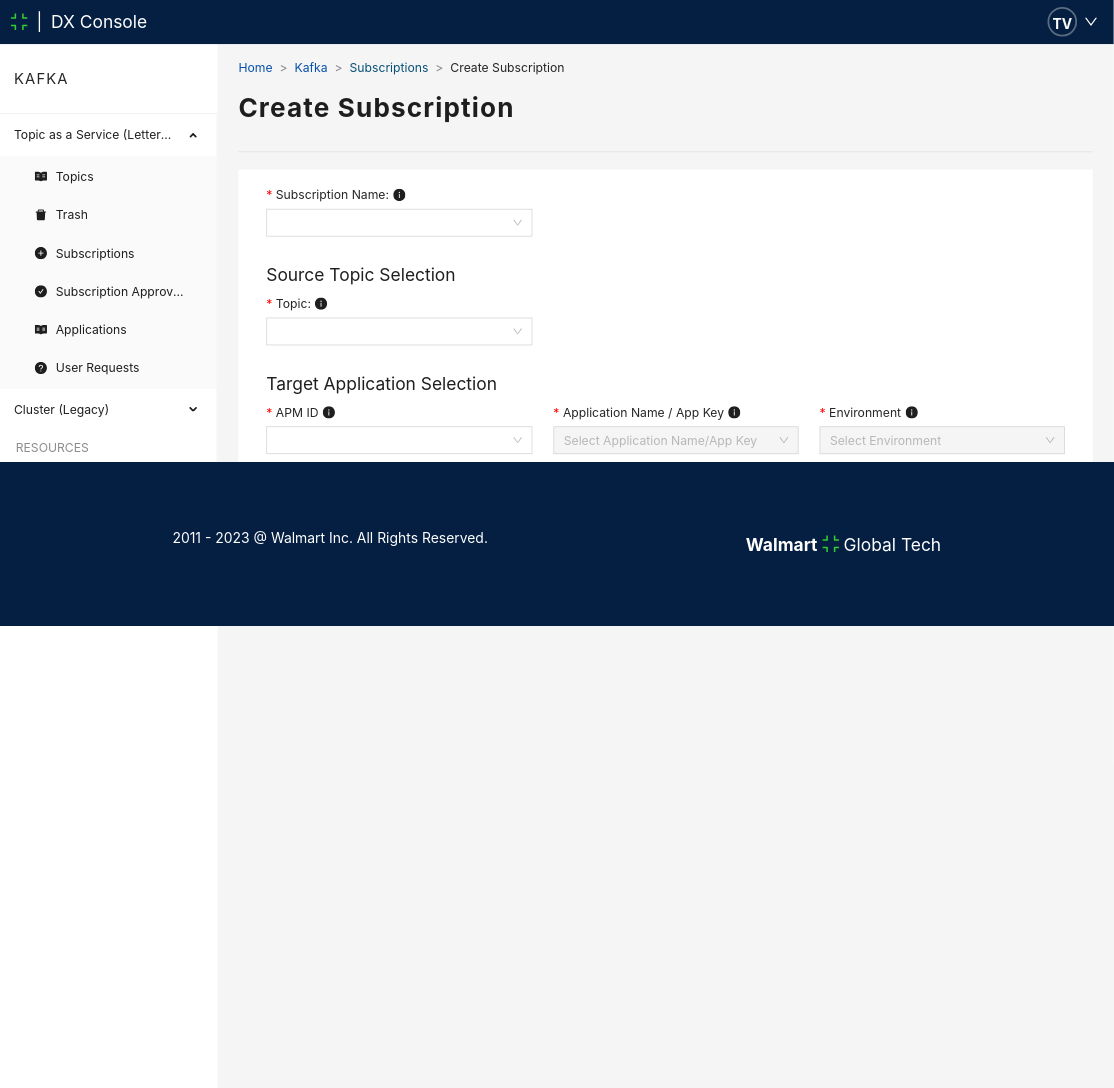
Repository: Qianying-Chai/kafka
Page: /kafka/subscriptions_active_tab=proxy/create
The author's editor kept a copy of each file at every save. The page is drawn from the files as they stood at one save, then again after the next save.
The browser window is 1280 px wide. The pictures show the whole page, at 87% of full size.
The project was rebuilt for these pictures with package versions that can differ from the ones it lists, and the page was loaded fresh each time. Also part of the build but not shown: src/pages/Components/ComponentsTable.jsx, src/pages/Components/ComponentsInput.jsx, src/pages/Components/ComponentsPagination.jsx, src/pages/Taas/Topics/Topics.jsx, src/pages/Taas/Topics/CreateTopics/Form/DetailsForm.jsx, src/pages/Taas/Topics/CreateTopics/CreateTopic.jsx, src/pages/Taas/Trash/Style/Trash.css, src/pages/Taas/Trash/Trash.jsx and 15 more.

Above is the page before, as saved 2024-01-15 22:05:30.

### src/redux/store.jsx
import { configureStore } from "@reduxjs/toolkit";
import reducer from "./reducer";
const store = configureStore({ reducer: reducer });
export default store;

### src/pages/common/Header.jsx
import React from "react";
import "./Style/Header.css";
import { CompressOutlined, UpOutlined, DownOutlined } from "@ant-design/icons";
import { Layout } from "antd";
import { useState } from "react";
const Header = () => {
  const [login, setLogin] = useState(true);

  return (
    <Layout>
      <Layout.Header className="header">
        <div className="header-content-left">
          <CompressOutlined className="header-left-icon" />
          <span className="header-left-divider">|</span>
          <span className="header-left-dx-console">DX Console </span>
        </div>
        <div className="header-content-right">
          <div className="user">
            <div className="user-icon">TV</div>
            {login ? (
              <DownOutlined
                className="login-button"
                onClick={() => {
                  setLogin((state) => !state);
                }}
              />
            ) : (
              <UpOutlined
                className="logout-button"
                onClick={() => {
                  setLogin((state) => !state);
                }}
              />
            )}
          </div>
          <div
            className="logout-pop-up"
            style={{
              display: login ? "none" : "block",
            }}
          >
            LOGOUT
          </div>
        </div>
      </Layout.Header>
    </Layout>
  );
};
export default Header;

### src/pages/common/categoryConstants.jsx
const categoryConstants = {
  TOPICS: "Topics",
  TRASH: "Trash",
  SUBSCRIPTIONS: "Subscriptions",
  SUBSCRIPTIONS_APPROVALS: "Subscription Approvals",
  APPLICATIONS: "Applications",
  USER_REQUESTS: "User Requests",
  CLUSTERS: "Clusters",
  MIGRATED_CLUSTERS: "Migrated Clusters",
  SUBSCRIPTION: "Subscription",
  USERE_REQUESTS_LEGACY: "User Requests (Legacy)",
  SUPPORT: "Support",
  CREATE_TOPIC: "Create Topic",
  CREATE_SUBSCRIPTION: "Create Subscription",
};

export default categoryConstants;

### src/pages/Taas/Subscriptions/SubscriptionsProxy/CreateSubscriptions/CreateSubscriptionsProxy.jsx
import React from "react";
import ComponentsContent from "../../../../Components/ComponentsContent";
import categoryConstants from "../../../../common/categoryConstants";
import ComponentsBreadcrumb from "../../../../Components/ComponentsBreadcrumb";
import ComponentsDivider from "../../../../Components/ComponentsDivider";
import ComponentsTitle from "../../../../Components/ComponentsTitle";
import SubscriptionName from "./Form/SubscriptionName";
import SourceTopicSelection from "./Form/SourceTopicSelection";
import TargetApplicationSelection from "./Form/TargetApplicationSelection";
import { Button, ConfigProvider, Divider } from "antd";
const CreateSubscriptionsProxy = () => {
  return (
    <ConfigProvider
      theme={{
        token: {
          borderRadius: 0,
        },
      }}
    >
      <div>
        <ComponentsBreadcrumb
          items={[
            {
              title: "Home",
            },
            {
              title: "Kafka",
            },
            {
              title: categoryConstants.SUBSCRIPTIONS,
              href: `/kafka/${categoryConstants.SUBSCRIPTIONS.toLowerCase()}_active_tab=nonProxy`,
            },
            {
              title: categoryConstants.CREATE_SUBSCRIPTION,
            },
          ]}
        />
        <div className="content-banner">
          <ComponentsTitle title={categoryConstants.CREATE_SUBSCRIPTION} />
        </div>
      </div>
      <ComponentsContent>
        <SubscriptionName />
        <SourceTopicSelection />

        <TargetApplicationSelection />
        <Divider />
        <ComponentsDivider />
        <div className="buttons-wrapper">
          <Button shape="round" size={"medium"} className="cancel-button">
            CANCEL
          </Button>
          <Button
            shape="round"
            size={"medium"}
            disabled
            className="submit-button"
          >
            SUBMIT
          </Button>
        </div>
      </ComponentsContent>
    </ConfigProvider>
  );
};
export default CreateSubscriptionsProxy;

### src/pages/common/Footer.jsx
import React from "react";
import { Layout } from "antd";
import { CompressOutlined } from "@ant-design/icons";
import "./Style/Footer.css";

const Footer = () => {
  return (
    <Layout.Footer className="footer">
      <div className="footer-text-left">
        2011 - 2023 @ Walmart Inc. All Rights Reserved.
      </div>
      <div className="footer-text-right">
        <span className="footer-text-right-walmart">Walmart</span>
        <CompressOutlined className="footer-icon" />
        <span className="footer-text-right-global-tech">Global Tech</span>
      </div>
    </Layout.Footer>
  );
};

export default Footer;

### src/redux/reducer.jsx
import { SET_PATH_NAME, SET_SELECTED_TAAS_SUBSCRIPTIONS } from "./constants";
const initialState = {
  pathName: "",
  selectedTaasSubscriptions: "nonProxy",
};
const reducer = (state = initialState, action) => {
  const { type, payload } = action;
  switch (type) {
    case SET_PATH_NAME:
      return { ...state, pathName: payload };
    case SET_SELECTED_TAAS_SUBSCRIPTIONS:
      return { ...state, selectedTaasSubscriptions: payload };
    default:
      return state;
  }
};

export default reducer;

### src/pages/common/Style/Header.css
.header {
  justify-content: space-between;
  padding: 0 12px;
  background-color: rgb(4, 31, 65);
  height: 51px;
  line-height: 51px;
  color: #ffffff;
}

.header,
.user {
  display: flex;
}

.header-content-left {
  font-size: 20px;
}

.header-left-icon {
  color: #32cd32;
}

.header-left-divider {
  margin: 0 10px;
}

.header-content-right {
  font-weight: bolder;
  flex-direction: column;
  font-size: 1rem;
  width: 76px;
  padding-left: 12px;
}

.user {
  margin: 8px 0px;
}
.user-icon {
  height: 34px;
  line-height: 34px;
  width: 34px;
  border-radius: 50%;
  text-align: center;
}
.user-icon,
.logout-pop-up {
  border: 2px solid rgba(225, 225, 225, 0.4);
}

.login-button,
.logout-button {
  padding-left: 8px;
}

.logout-pop-up {
  transition: all 10s ease-out;
  width: 100px;
  height: 60px;
  line-height: 60px;
  position: absolute;
  right: 0px;
  z-index: 999;
  font-size: 15px;
  letter-spacing: 1pt;
  text-align: center;
  justify-content: center;
  color: rgb(94, 91, 91);
  box-shadow: 0px 0px 4px 4px rgba(176, 174, 174, 0.4);
}

### src/pages/common/Style/Sider.css
.sider {
  min-height: 1200px;
}

.slider-top {
  height: 80px;
  border-bottom: 1px solid rgb(239, 239, 239);
}
.slider-top-content {
  height: 100%;
  display: flex;
  align-items: center;
  margin-left: 16px;
  letter-spacing: 1pt;
  font-size: 17px;
  color: #000000d9;
}

### src/pages/Components/ComponentsContent.jsx
import React from "react";
import "../common/Style/Content.css";
import { Layout, theme } from "antd";

const ComponentsContent = (props) => {
  const {
    token: { colorBgContainer },
  } = theme.useToken();

  return (
    <div>
      <Layout.Content
        style={{
          padding: "20px 32px 32px",
          minHeight: 280,
          background: colorBgContainer,
        }}
        {...props}
      ></Layout.Content>
    </div>
  );
};
export default ComponentsContent;

### src/pages/Components/ComponentsBreadcrumb.jsx
import React from "react";
import { Breadcrumb, ConfigProvider } from "antd";

const ComponentsBreadcrumb = (props) => {
  return (
    <ConfigProvider
      theme={{
        components: {
          Breadcrumb: {
            lastItemColor: "#000000D9",
            linkColor: "#075179",
            itemColor: "#0751A9",
            linkHoverColor: "#F5F5F5",
          },
          token: {
            colorBgTextHover: "#F5F5F5",
          },
        },
      }}
    >
      <div>
        <Breadcrumb
          style={{
            margin: "16px 0",
          }}
          separator=">"
          items={props.items}
        ></Breadcrumb>
      </div>
    </ConfigProvider>
  );
};
export default ComponentsBreadcrumb;

### src/pages/Components/ComponentsTitle.jsx
import React from "react";
import { Typography, ConfigProvider } from "antd";
const { Title } = Typography;

const ComponentsTitle = (props) => {
  return (
    <>
      <ConfigProvider
        theme={{
          components: {
            token: {
              colorText: "#041E42",
            },
          },
        }}
      >
        <Title level={2} style={{ fontWeight: "bold" }}>
          {props.title}
        </Title>
      </ConfigProvider>
    </>
  );
};

export default ComponentsTitle;

### src/pages/Components/ComponentsDivider.jsx
import React from "react";
import { Divider, ConfigProvider } from "antd";
const ComponentsDivider = () => (
  <ConfigProvider
    theme={{
      token: {
        colorSplit: "rgba(0, 0, 0, 0.85)",
        marginLG: 16,
      },
    }}
  >
    {" "}
    <Divider />
  </ConfigProvider>
);
export default ComponentsDivider;

### src/pages/Taas/Topics/Style/CreateTopic.css
.buttons-wrapper {
  display: flex;
  justify-content: flex-end;
}

.cancel-button,
.submit-button {
  letter-spacing: 1pt;
  padding: 4px 15px;
  width: 135px;
}
.cancel-button {
  margin-right: 10px;
}

### src/pages/Taas/Subscriptions/SubscriptionsProxy/CreateSubscriptions/Form/SubscriptionName.jsx
import React, { useMemo, useRef, useState } from "react";
import SelectTitle from "../../../../../Components/SelectTitle";
import { Col, Row, Select, Spin } from "antd";
import debounce from "lodash/debounce";

const SubscriptionName = () => {
  function DebounceSelect({ fetchOptions, debounceTimeout = 800, ...props }) {
    const [fetching, setFetching] = useState(false);
    const [options, setOptions] = useState([]);
    const fetchRef = useRef(0);
    const debounceFetcher = useMemo(() => {
      const loadOptions = (value) => {
        fetchRef.current += 1;
        const fetchId = fetchRef.current;
        setOptions([]);
        setFetching(true);
        fetchOptions(value).then((newOptions) => {
          if (fetchId !== fetchRef.current) {
            // for fetch callback order
            return;
          }
          setOptions(newOptions);
          setFetching(false);
        });
      };
      return debounce(loadOptions, debounceTimeout);
    }, [fetchOptions, debounceTimeout]);
    return (
      <Select
        labelInValue
        filterOption={false}
        onSearch={debounceFetcher}
        notFoundContent={fetching ? <Spin size="small" /> : null}
        {...props}
        options={options}
      />
    );
  }
  async function fetchUserList(username) {
    console.log("fetching user", username);
    return fetch("https://randomuser.me/api/?results=5")
      .then((response) => response.json())
      .then((body) =>
        body.results.map((user) => ({
          label: `${user.name.first} ${user.name.last}`,
          value: user.login.username,
        }))
      );
  }
  const [value, setValue] = useState([]);

  return (
    <>
      <Row style={{ display: "flex", flexFlow: "nowrap" }}>
        <Col
          span={8}
          className="col"
          style={{
            marginRight: "12px",
          }}
        >
          <SelectTitle title={"Subscription Name:"} />
          <DebounceSelect
            mode="multiple"
            value={value}
            fetchOptions={fetchUserList}
            onChange={(newValue) => {
              setValue(newValue);
            }}
            className="select"
          />
        </Col>
      </Row>
    </>
  );
};
export default SubscriptionName;

### src/pages/common/Style/Footer.css
.footer {
  text-emphasis-style: center;
  background-color: #041f41;
  color: white;
  display: flex;
  justify-content: space-around;
  height: 189px;
  align-items: center;
  width: 100%;
  position: fixed;
  bottom: 0;
}

.footer-icon {
  font-size: 20px;
  color: #32cd32;
}

.footer-text-left {
  font-size: 16px;
  margin-bottom: 16px;
}

.footer-text-right {
  font-size: 20px;
}

.footer-text-right-walmart {
  font-weight: bold;
  padding-right: 5px;
}

.footer-text-right-global-tech {
  padding-left: 5px;
}

### src/redux/constants.jsx
const SET_PATH_NAME = "SET_PATH_NAME";
const SET_SELECTED_TAAS_SUBSCRIPTIONS = "SET_SELECTED_TAAS_SUBSCRIPTIONS";
export { SET_PATH_NAME };
export { SET_SELECTED_TAAS_SUBSCRIPTIONS };

### src/pages/common/Style/Content.css
.content-banner {
  height: 70px;
  display: flex;
  justify-content: space-between;
  background-color: #f5f5f5;
  color: #041e42;
  letter-spacing: 1pt;
  border-bottom: 1px solid rgba(167, 164, 164, 0.3);
  margin-bottom: 20px;
  padding-bottom: 15px;
}

.content-banner-button {
  background-color: #041f41;
  color: #ffffff;
  letter-spacing: 1pt;
}

.content-text {
  margin: 24px 0 20px;
}

### src/pages/Components/SelectTitle.jsx
import React from "react";
import "./Style/SelectTitle.css";
import { InfoCircleFilled } from "@ant-design/icons";
const SelectTitle = (props) => {
  return (
    <div className="Select-title-wrapper">
      <span className="prefix">*</span>
      <span className="Select-title">{props.title}</span>
      <InfoCircleFilled />
    </div>
  );
};

export default SelectTitle;

### src/pages/Taas/Topics/Style/DetailsForm.css
.select {
  margin: 0 0 10px;
  width: 100%;
}

### src/pages/Components/Style/SelectTitle.css
.prefix {
  color: red;
  margin-right: 4px;
}

.Select-title-wrapper {
  padding-bottom: 8px;
}

.Select-title {
  margin-right: 5px;
  color: rgba(0, 0, 0, 0.85);
}

### src/pages/Taas/Subscriptions/SubscriptionsProxy/CreateSubscriptions/Form/RequesterDetails.jsx
import React, { useMemo, useState, useRef } from "react";
import SelectTitle from "../../../../../Components/SelectTitle";
import debounce from "lodash/debounce";
import { Col, Row, Select, Spin, Typography, Collapse } from "antd";
const { Title } = Typography;

const RequesterDetails = () => {
  function DebounceSelect({ fetchOptions, debounceTimeout = 800, ...props }) {
    const [fetching, setFetching] = useState(false);
    const [options, setOptions] = useState([]);
    const fetchRef = useRef(0);
    const debounceFetcher = useMemo(() => {
      const loadOptions = (value) => {
        fetchRef.current += 1;
        const fetchId = fetchRef.current;
        setOptions([]);
        setFetching(true);
        fetchOptions(value).then((newOptions) => {
          if (fetchId !== fetchRef.current) {
            // for fetch callback order
            return;
          }
          setOptions(newOptions);
          setFetching(false);
        });
      };
      return debounce(loadOptions, debounceTimeout);
    }, [fetchOptions, debounceTimeout]);
    return (
      <Select
        labelInValue
        filterOption={false}
        onSearch={debounceFetcher}
        notFoundContent={fetching ? <Spin size="small" /> : null}
        {...props}
        options={options}
      />
    );
  }

  const [value, setValue] = useState([]);

  async function fetchUserList(username) {
    console.log("fetching user", username);
    return fetch("https://randomuser.me/api/?results=5")
      .then((response) => response.json())
      .then((body) =>
        body.results.map((user) => ({
          label: `${user.name.first} ${user.name.last}`,
          value: user.login.username,
        }))
      );
  }
  // const handleChange = (value) => {
  //   console.log(`selected ${value}`);
  // };

  return (
    <Collapse defaultActiveKey={["1"]} ghost>
      <Title level={4} style={{ fontWeight: "normal", paddingTop: "20px" }}>
        Source Topic Selection
      </Title>
      <Row style={{ display: "flex", flexFlow: "nowrap" }}>
        <Col
          span={8}
          style={{
            marginRight: "12px",
          }}
        >
          <SelectTitle title={"Topic:"} />
          <DebounceSelect
            className="select"
            mode="multiple"
            value={value}
            fetchOptions={fetchUserList}
            onChange={(newValue) => {
              setValue(newValue);
            }}
            style={{
              width: "100%",
              margin: "0 0 10px",
            }}
          />
        </Col>
      </Row>
    </Collapse>
  );
};

export default RequesterDetails;

Loaded but not shown: public/index.html (common file); src/style/index.css (common file); src/App.js (104 lines, source omitted); src/index.js (16 lines, source omitted); src/pages/common/Sider.jsx (186 lines, source omitted); src/pages/Taas/Subscriptions/SubscriptionsProxy/CreateSubscriptions/Form/TargetApplicationSelection.jsx (118 lines, source omitted); src/pages/Taas/Subscriptions/SubscriptionsProxy/CreateSubscriptions/Form/SourceTopicSelection.jsx (90 lines, source omitted)

After the next save:
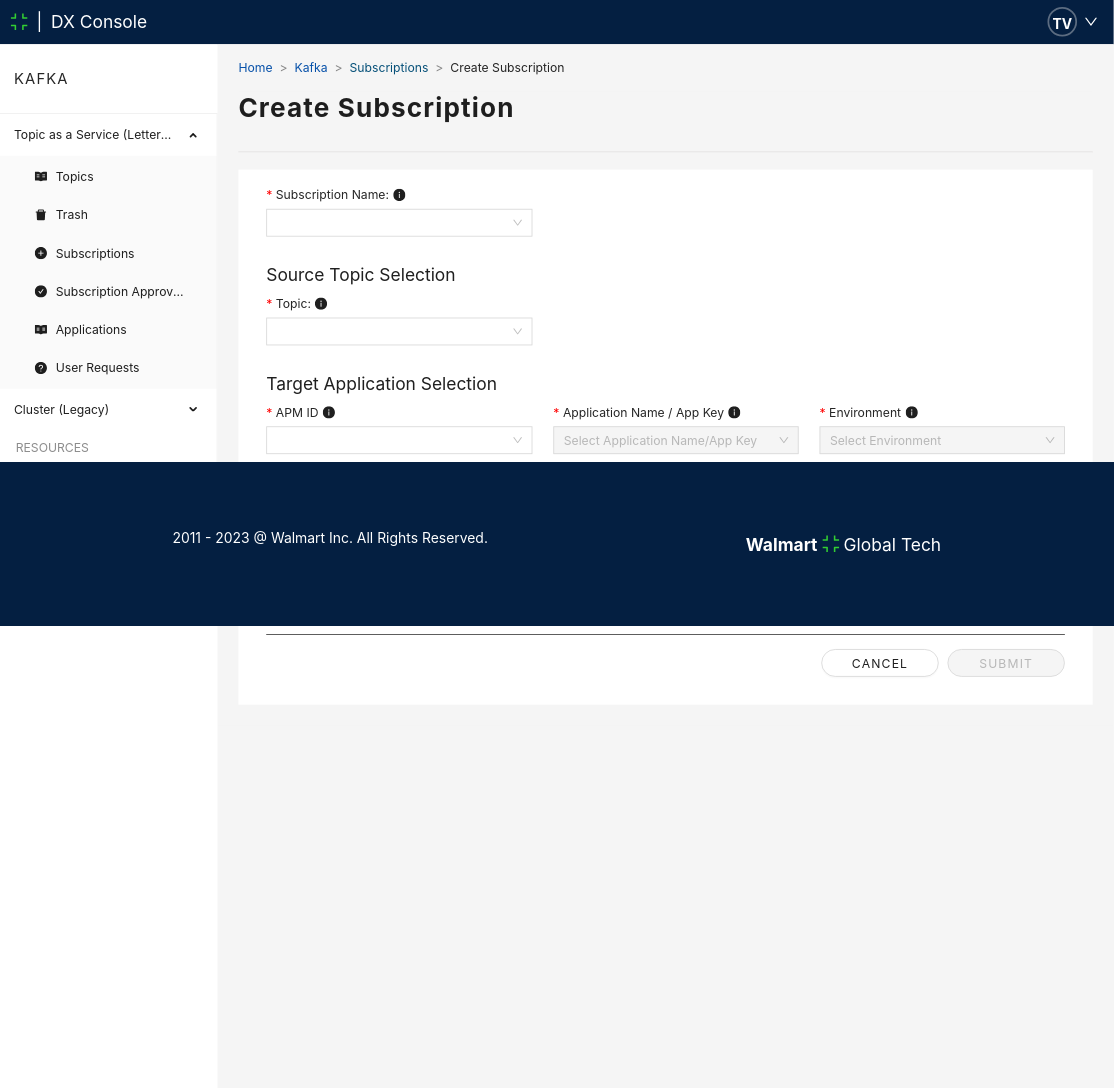
Saved 55 s later.
--- a/src/pages/Taas/Subscriptions/SubscriptionsProxy/CreateSubscriptions/CreateSubscriptionsProxy.jsx
+++ b/src/pages/Taas/Subscriptions/SubscriptionsProxy/CreateSubscriptions/CreateSubscriptionsProxy.jsx
@@ -7,6 +7,7 @@
 import SubscriptionName from "./Form/SubscriptionName";
 import SourceTopicSelection from "./Form/SourceTopicSelection";
 import TargetApplicationSelection from "./Form/TargetApplicationSelection";
+import RequesterDetails from "./Form/RequesterDetails";
 import { Button, ConfigProvider, Divider } from "antd";
 const CreateSubscriptionsProxy = () => {
   return (
@@ -45,6 +46,7 @@
 
         <TargetApplicationSelection />
         <Divider />
+        <RequesterDetails />
         <ComponentsDivider />
         <div className="buttons-wrapper">
           <Button shape="round" size={"medium"} className="cancel-button">

After the save that followed:
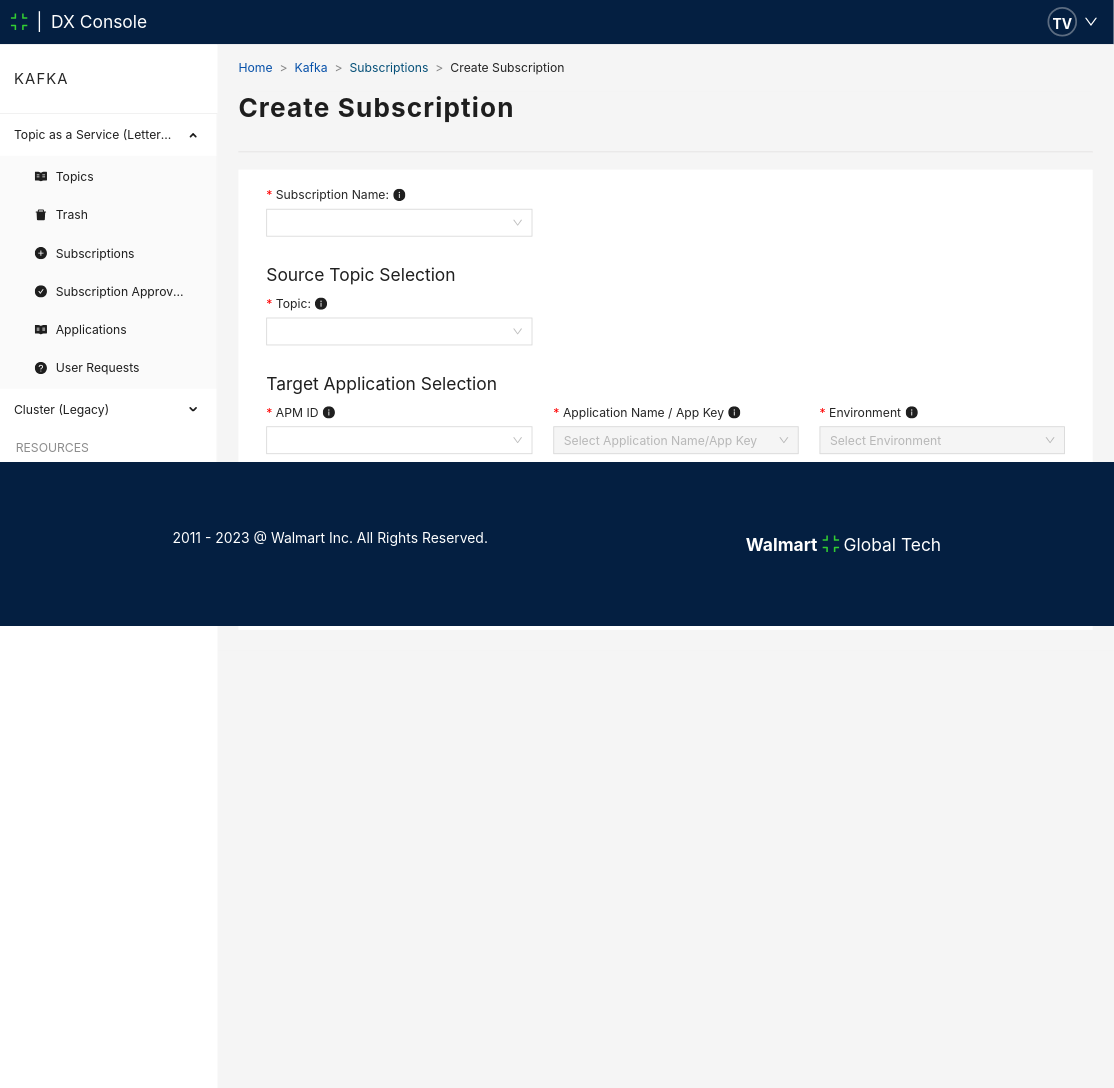
Saved 75 s later.
--- a/src/pages/Taas/Subscriptions/SubscriptionsProxy/CreateSubscriptions/Form/RequesterDetails.jsx
+++ b/src/pages/Taas/Subscriptions/SubscriptionsProxy/CreateSubscriptions/Form/RequesterDetails.jsx
@@ -57,32 +57,34 @@
 
   return (
     <Collapse defaultActiveKey={["1"]} ghost>
-      <Title level={4} style={{ fontWeight: "normal", paddingTop: "20px" }}>
-        Source Topic Selection
-      </Title>
-      <Row style={{ display: "flex", flexFlow: "nowrap" }}>
-        <Col
-          span={8}
-          style={{
-            marginRight: "12px",
-          }}
-        >
-          <SelectTitle title={"Topic:"} />
-          <DebounceSelect
-            className="select"
-            mode="multiple"
-            value={value}
-            fetchOptions={fetchUserList}
-            onChange={(newValue) => {
-              setValue(newValue);
+      <Collapse.Panel>
+        <Title level={4} style={{ fontWeight: "normal", paddingTop: "20px" }}>
+          Source Topic Selection
+        </Title>
+        <Row style={{ display: "flex", flexFlow: "nowrap" }}>
+          <Col
+            span={8}
+            style={{
+              marginRight: "12px",
             }}
-            style={{
-              width: "100%",
-              margin: "0 0 10px",
-            }}
-          />
-        </Col>
-      </Row>
+          >
+            <SelectTitle title={"Topic:"} />
+            <DebounceSelect
+              className="select"
+              mode="multiple"
+              value={value}
+              fetchOptions={fetchUserList}
+              onChange={(newValue) => {
+                setValue(newValue);
+              }}
+              style={{
+                width: "100%",
+                margin: "0 0 10px",
+              }}
+            />
+          </Col>
+        </Row>
+      </Collapse.Panel>
     </Collapse>
   );
 };
